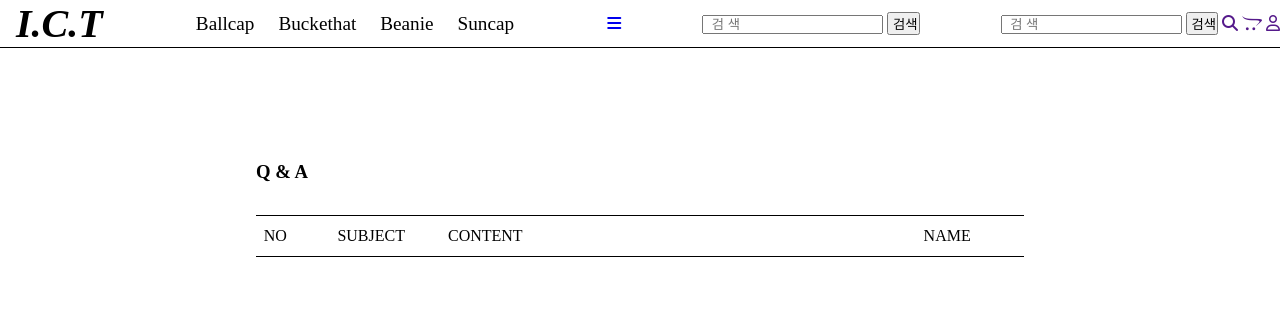
Repository: Developer120000/project1
Page: http://localhost/project1/productpage/q_a.jsp
The author's editor kept a copy of each file at every save. The page is drawn from the files as they stood at one save, then again after the next save.
The browser window is 1280 px wide. The pictures show the whole page.
Some web libraries are served in a nearby version. The page is served by Tomcat 9.

Above is the page before, as saved 2024-03-19 09:08:36.
Console error: SyntaxError: Identifier 'hamburger' has already been declared

### project1/src/main/webapp/productpage/q_a.jsp
<%@ page language="java" contentType="text/html; charset=UTF-8"
    pageEncoding="UTF-8"%>
<!DOCTYPE html>
<html>
<head>
<meta charset="UTF-8">
<meta name="viewport" content="width=device-width, initial-scale=1">
<title>payment</title>
<%@ include file="header.jsp" %>
<link rel="stylesheet" href="../css/header.css">
<script src="../js/header.js" defer></script>
<link rel="stylesheet" href="../css/q_a.css">
</head>
<body>
	<div class="qcontainer">
		<div class="qwrapper">
			<h3 class="qtitle">Q & A</h3>
			<ul class="qau">
				<li class="qal q1">NO</li>
				<li class="qal q1">SUBJECT</li>
				<li class="qal">CONTENT</li>
				<li class="qal q1">NAME</li>
			</ul>
		</div>
	</div>
</body>
</html>

### project1/src/main/webapp/productpage/header.jsp
<%@ page language="java" contentType="text/html; charset=UTF-8"
    pageEncoding="UTF-8"%>
<!DOCTYPE html>
<html>
<head>
<meta charset="UTF-8">
<meta name="viewport" content="width=device-width, initial-scale=1.0">
<title>I.C.T</title>
<script src="https://kit.fontawesome.com/80123590ac.js" crossorigin="anonymous"></script>
<link rel="stylesheet" href="../css/header.css">
<script src="../js/header.js" defer></script>
<!-- <script defer src="js 파일 위치"></script> -->
</head>
<body>
	<header id="header">
		<div class="wrapper">
			<p class="title">
				<a href="">I.C.T</a>
			</p>
			<ul class="category">
				<li><a href="">Ballcap</a></li>
				<li><a href="">Buckethat</a></li>
				<li><a href="">Beanie</a></li>
				<li><a href="">Suncap</a></li>
			</ul>
			<a href="#" class="hamburger">
				<i class="fa-solid fa-bars"></i>
			</a>
			<form class="item2" onsubmit="return false">
				<input type="text" class="searchbar2" type="text" placeholder="&nbsp;&nbsp;검 색">
				<button class="res2">&nbsp;검색</button>
			</form>
			<form class="item" onsubmit="return false">
				<input type="text" class="searchbar1" type="text" placeholder="&nbsp;&nbsp;검 색">
				<button class="res1">&nbsp;검색</button>
				<a href="" class="b1 a1"><i class="fa-solid fa-magnifying-glass"></i></a>
				<a href="" class="b2 a1"><i class="fa-brands fa-opencart"></i></a>
<!-- 				<i class="fa-solid fa-cart-shopping"></i> -->
				<a href="" class="b3 a1"><i class="fa-regular fa-user"></i></a>
			</form>
		</div>
	</header>

</body>
</html>

### project1/src/main/webapp/css/header.css
@charset "UTF-8";
*{margin: 0px; }
#header{

/* 	height: 4.06rem; */
}
.wrapper{
	width: 100%;
	position: fixed;
	display: flex;
	justify-content: space-between;
	align-items: center;
	background-color: white;
	border-bottom: 1px solid black;
	z-index: 5;
}
.title a{
	text-decoration: none;
	font-size: 2.5rem;
	font-weight: bold;
	margin-left: 1rem;
	color: black;
	font-style: italic;
	display: inline-block;
}
.category{
	display: flex;
/* 	margin-right: 50%; */
	list-style: none;
}
.category li{
	padding: 8px 12px;
}
li a{
/* 	margin-right: 1.0rem; */
	font-size: 1.2rem;
	text-decoration: none;
}
li a:visited {color: black;}
li a:hover {text-decoration: underline;}

.search{
	display: flex;
	padding-left: 0;

/* 	width: 60%; */
/* 	text-align: right; */
}
.searchbar{
/* 	width: 30%; */
/* 	margin-right: 5px;  */
	padding: 5px;
}
.a1{
/* 	margin-right: 10%; */
}
.icon{display: none;}


@media screen and (max-width:600px){
	.wrapper{
		flex-direction: column;
		align-items: flex-start;
		padding: 8px 24px;
	}
	.category{
		display: none;
		flex-direction: column;
		align-items: center;
		width: 100%;
	}
	.category li a{
		width: 100%;
		text-align: center;
	}
	.search{
		display: none;
		justify-content: center;
		width: 100%;
	}
	.icon{
		display: block;
	}
}

@media screen and (max-width:1138px){


}


@media screen and (max-width:800px){


}

/* 1015px 이하 - suncap 사라짐 */
@media screen and (max-width:590px){

	.header_second #s4{display: none;}
}

### project1/src/main/webapp/css/q_a.css
@charset "UTF-8";
*{margin: 0px; padding: 0px; box-sizing: border-box;}

.qcontainer{
	padding-top: 4.06rem;
	width: 100%;
}
.qwrapper{
	display: flex;
	justify-content: center;
	flex-direction: column;
	align-items: center;
	width: 100%;
}
.qau{
	width: 60%;
	display: grid;
	grid-template-columns: 5% 20% 55% 20%;
	list-style: none;
/* 	border-top: 1px solid black; */
	border-bottom: 1px solid black;
	padding: 0.7rem 0;

}
.qtitle{
	width: 60%;
	margin-top: 6rem;
	padding-bottom: 2rem;
	border-bottom: 1px solid black;
}
.q1{
	text-align: center;
}
.qwrite{
	width: 80%;
	height: 1.9rem;
	display: flex;
    justify-content: flex-end;
    margin: 2rem 0;
}
.qwrite1{
	min-width: 8rem;
	height: 100%;
	background-color: black;
	color: white;
	border: none;
	cursor: pointer;
}

### project1/src/main/webapp/js/header.js
const hamburger = document.querySelector('.hamburger');
const category = document.querySelector('.category');

hamburger.addEventListener('click', () => {
    category.classList.toggle('active');
})

document.addEventListener('click', (e) => {
    if (!category.contains(e.target) && !hamburger.contains(e.target)) {
        category.classList.remove('active');
    }
})


const b1 = document.querySelector('.b1');
const searchbar2 = document.querySelector('.searchbar2');
const res2 = document.querySelector('.res2');

b1.addEventListener('click', (e) => {
	e.preventDefault();
//	e.stopPropagation();
    searchbar2.classList.toggle('active');
    res2.classList.toggle('active');
})

document.addEventListener('click', (e) => {
    if (!searchbar2.contains(e.target) && !res2.contains(e.target) && !b1.contains(e.target)) {
        searchbar2.classList.remove('active');
    }
})

document.addEventListener('click', (e) => {
    if (!res2.contains(e.target) && !searchbar2.contains(e.target) && !b1.contains(e.target)) {
        res2.classList.remove('active');
    }
})


//const b2 = document.querySelector('.b2');
//const b3 = document.querySelector('.b3');
//
//hamburger.addEventListener('click', () => {
//    b2.classList.toggle('active');
//    b3.classList.toggle('active');
//})
//
//document.addEventListener('click', (e) => {
//    if (!hamburger.contains(e.target) && !b2.contains(e.target) && !b3.contains(e.target) && !category.contains(e.target)) {
//		category.classList.remove('active');
//        b2.classList.toggle('active');
//    	b3.classList.toggle('active');
//    }
//})

After the next save:
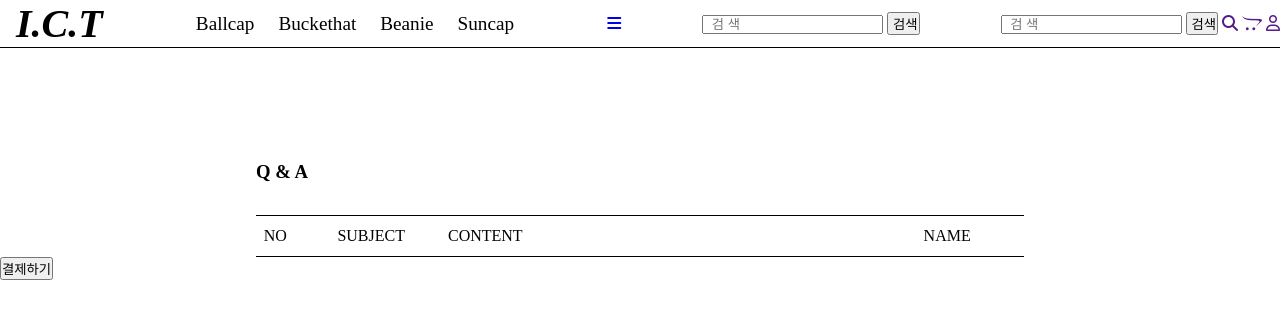
Saved 23 min 58 s later.
--- a/project1/src/main/webapp/productpage/q_a.jsp
+++ b/project1/src/main/webapp/productpage/q_a.jsp
@@ -22,6 +22,9 @@
 				<li class="qal q1">NAME</li>
 			</ul>
 		</div>
+		<p class="ppay">
+			<input type="submit" class="ppay1" value="결제하기">
+		</p>
 	</div>
 </body>
 </html>
